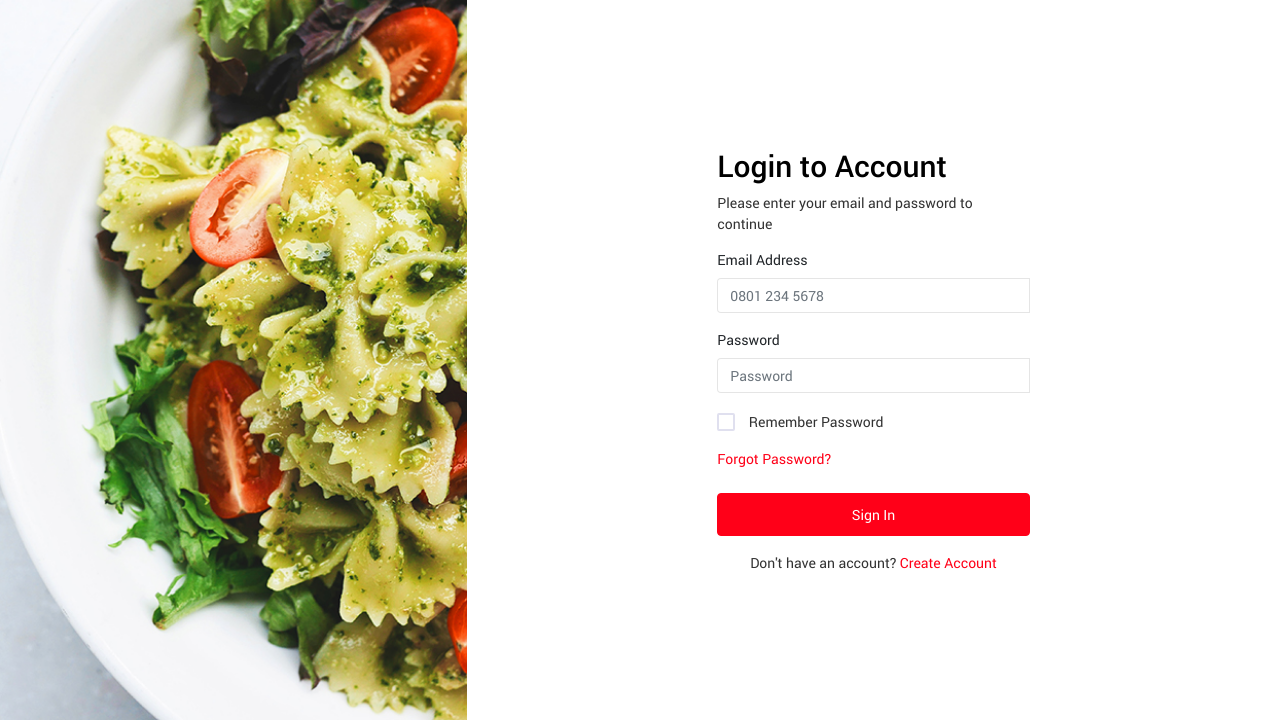
Repository: ahmedpeter/tavern
Page: /reset-password
The author's editor kept a copy of each file at every save. The page is drawn from the files as they stood at one save, then again after the next save.
The browser window is 1280 px wide. The pictures show the whole page.
The project was rebuilt for these pictures with package versions that can differ from the ones it lists, and the page was loaded fresh each time. Also part of the build but not shown: src/components/auth/register.jsx, src/components/auth/login.jsx, src/assets/css/jquery-ui.min.css.

Above is the page before, as saved 2024-05-23 01:15:27.

After the next save:
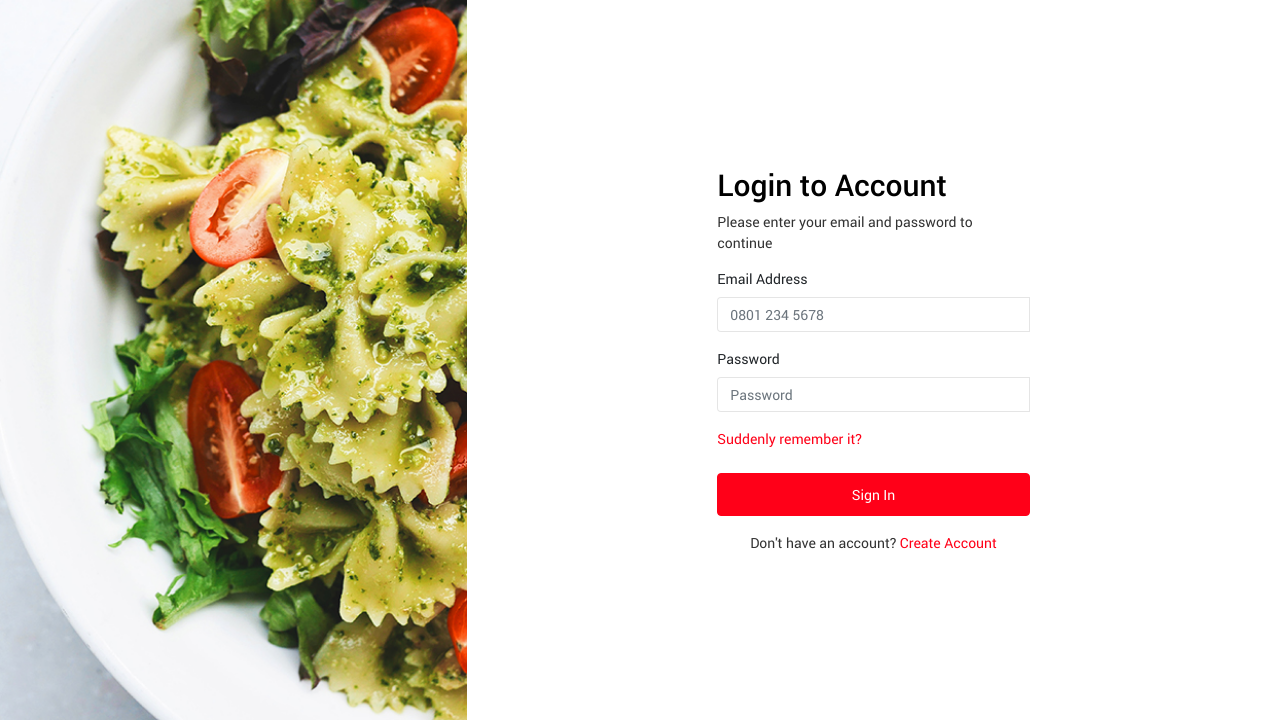
Saved 40 s later.
--- a/src/components/auth/resetpassword.jsx
+++ b/src/components/auth/resetpassword.jsx
@@ -41,18 +41,13 @@ const ResetPassword = () => {
                 </div>
               </div>
               <div class="form-group">
-                <label class="ms-checkbox-wrap">
-                  <input class="form-check-input" type="checkbox" value="" />{" "}
-                  <i class="ms-checkbox-check"></i>
-                </label>{" "}
-                <span> Remember Password </span>
                 <label class="d-block mt-3">
                   <a
                     href="default-login.html#"
                     class="btn-link"
                     data-toggle="modal"
                     data-target="#modal-12">
-                    Forgot Password?
+                    Suddenly remember it?
                   </a>
                 </label>
               </div>
